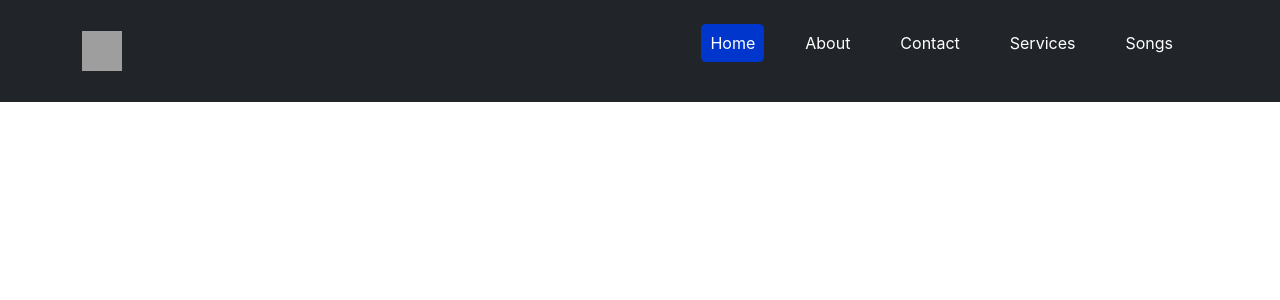
Repository: stephenkayade/cephas-musical
Page: / (app in cephas-musical/)
These files come from the project's save history. The page is drawn as it stood at one moment and after a run of saves; the edit follows.
The browser window is 1280 px wide. The pictures show the whole page.
The pointer rests on the first visible `.navbox li`.
Pictures or frames that could not be fetched are drawn as grey boxes. The project was rebuilt for these pictures with package versions that can differ from the ones it lists, and the page was loaded fresh each time. A package was used in the major version that the imports need, not the one package.json lists. Also part of the build but not shown: cephas-musical/src/components/Master.jsx.

Above is the page before, as saved 2021-03-09 05:04:33.

### cephas-musical/public/index.html
<!DOCTYPE html>
<html lang="en">
  <head>
    <meta charset="utf-8" />
    <link rel="icon" href="%PUBLIC_URL%/favicon.ico" />
    <meta name="viewport" content="width=device-width, initial-scale=1" />
    <meta name="theme-color" content="#000000" />
    <meta
      name="description"
      content="Web site created using create-react-app"
    />
    <link rel="apple-touch-icon" href="%PUBLIC_URL%/logo192.png" />
    <link rel="stylesheet" type="text/css" href="%PUBLIC_URL%/css/bootstrap.min.css">
    <link rel="stylesheet" type="text/css" href="%PUBLIC_URL%/css/custom.css">
    <!--
      manifest.json provides metadata used when your web app is installed on a
      user's mobile device or desktop. See https://developers.google.com/web/fundamentals/web-app-manifest/
    -->
    <link rel="manifest" href="%PUBLIC_URL%/manifest.json" />
    <!--
      Notice the use of %PUBLIC_URL% in the tags above.
      It will be replaced with the URL of the `public` folder during the build.
      Only files inside the `public` folder can be referenced from the HTML.

      Unlike "/favicon.ico" or "favicon.ico", "%PUBLIC_URL%/favicon.ico" will
      work correctly both with client-side routing and a non-root public URL.
      Learn how to configure a non-root public URL by running `npm run build`.
    -->
    <title>React App</title>
  </head>
  <body>
    <noscript>You need to enable JavaScript to run this app.</noscript>
    <div id="root"></div>
    <!--
      This HTML file is a template.
      If you open it directly in the browser, you will see an empty page.

      You can add webfonts, meta tags, or analytics to this file.
      The build step will place the bundled scripts into the <body> tag.

      To begin the development, run `npm start` or `yarn start`.
      To create a production bundle, use `npm run build` or `yarn build`.
    -->
  </body>
</html>

### cephas-musical/src/App.js
import React, { Suspense } from 'react'
import { BrowserRouter as Router, Switch, Route, Link } from "react-router-dom";
import Master from './components/Master';
import Home from './components/public/Home'
import { Ellipsis } from 'react-css-spinners'
const Homepage = React.lazy(() => import('./components/public/Home'));


const loading = () => {

  <div className="row" style={{ height: "100vh", width: "100%" }}>

    <div className="col-md-3 text-center mx-auto my-auto">
      {' '}
      <Ellipsis
        color="#2d3d4d"
        size={80}
      />
    </div>

  </div>


}

const App = () => {
  return (

      <Router>
        <Suspense fallback={loading}>

          <Switch>
            <Route path="/" component={Home} exact />
          </Switch>
          </Suspense>
      </Router>

  );
}

export default App;

### cephas-musical/src/components/public/Home.jsx
import React from 'react'
import Nav from '../partials/Nav'


const Home = () => {
    return(
        <>
            <Nav/>
        </>
    )
}

export default Home;

### cephas-musical/src/components/partials/Nav.jsx
import React from 'react';
import { BrowserRouter as Router, Switch, Route, Link } from 'react-router-dom';
import image from '../assets/cephas-logo.png'

import Navbox from './Navbox';

const Nav = () => {
    const Navlists = [
        {
            title: 'Home',
            LinkUrl: '/',
        },
        {
            title: 'About',
            LinkUrl: '/about',
        },
        {
            title: 'Contact',
            LinkUrl: '/contact',
        },
        {
            title: 'Services',
            LinkUrl: '/services',
        },
        {
            title: 'Songs',
            LinkUrl: '/songs',
        },
    ];
    return (
        <>
            <div className="container-fluid bg-dark p-3">
                <div className="navbar container d-flex align-items-center justify-content-between">
                    <img src={image} alt="logo image" className="logo-img" />
                    <ul className="d-flex navbox">
                        {Navlists.length > 0 ? (
                            Navlists.map((link) => (
                                <Navbox title={link.title} LinkUrl={link.LinkUrl} />
                            ))
                        ) : (
                                <>
                                    <div>populate with data</div>
                                </>
                            )}
                    </ul>
                </div>
            </div>
        </>
    );
};

export default Nav;

### cephas-musical/src/components/partials/Navbox.jsx
import React from 'react';
import {BrowserRouter as Router, Switch, Route, Link} from 'react-router-dom';

const Navbox = ({LinkUrl, title}) => {
  return (
    <>
      <div className="navbox">
        <li>
          <Link className="px-2 btn text-white" to={Link ? LinkUrl : null}>{title ? title : 'invalid'}</Link>
        </li>
      </div>
    </>
  );
};

export default Navbox;

### cephas-musical/public/css/custom.css
.navbox li {
    list-style: none;

    margin: 0 1rem;
}

.navbox li:hover {
    background: #0036cc;
    border-radius: 5px;
    -webkit-border-radius: 5px;
    -moz-border-radius: 5px;
    -ms-border-radius: 5px;
    -o-border-radius: 5px;
    transition: color 0.3s ease-in-out, background 0.7s ease-in-out;

}

.logo-img {
    height: 40px;
    width: 40px;
    image-rendering: 40px;
}

Loaded but not shown: cephas-musical/src/index.js (common file); cephas-musical/src/index.css (common file); cephas-musical/src/reportWebVitals.js (common file); cephas-musical/public/css/bootstrap.min.css (library); cephas-musical/public/manifest.json (common file)

After the next 2 saves:
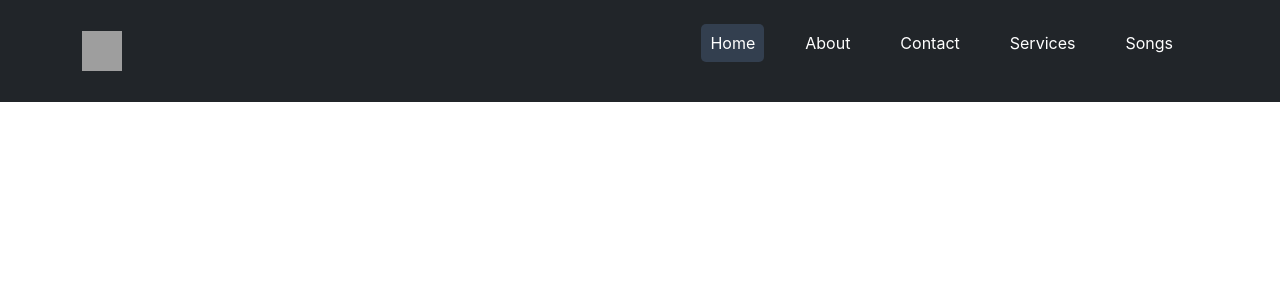
The 2 saves are shown as one change because they came seconds apart.
The last was saved 38 s later.
--- a/cephas-musical/public/css/custom.css
+++ b/cephas-musical/public/css/custom.css
@@ -5,7 +5,7 @@
 }
 
 .navbox li:hover {
-    background: #0036cc;
+    background: #333F4F;
     border-radius: 5px;
     -webkit-border-radius: 5px;
     -moz-border-radius: 5px;
